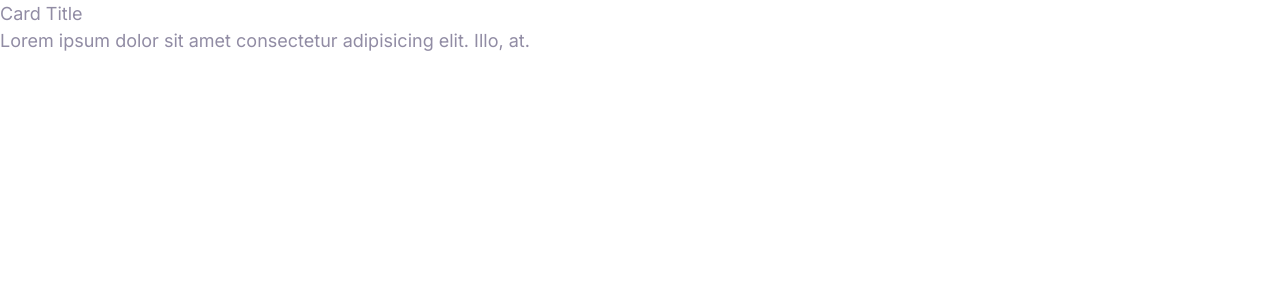
Repository: Qiwenweiii/CodeWithMosh
Page: index.html
The author's editor kept a copy of each file at every save. The page is drawn from the files as they stood at one save, then again after the next save.
The browser window is 1280 px wide. The pictures show the whole page.

Above is the page before, as saved 2021-11-11 21:51:08.

### index.html
<!DOCTYPE html>
<html>

<head>
    <title>CodeWithMosh</title>
    <meta charset="UTF-8" />

    <link rel="preconnect" href="https://fonts.googleapis.com" />
    <link rel="preconnect" href="https://fonts.gstatic.com" crossorigin />
    <link href="https://fonts.googleapis.com/css2?family=Inter:wght@400;600;700&display=swap" rel="stylesheet" />

    <link rel="stylesheet" href="./styles/normalize.css" />
    <link rel="stylesheet" href="./styles/styles.css" />
</head>

<body>
    <div class="card">
        <header class="card__header">Card Title</header>
        <div class="card__body">
            Lorem ipsum dolor sit amet consectetur adipisicing elit. Illo, at.
        </div>
    </div>
</body>

</html>

### styles/styles.css
:root {
    /* 定义配色变量 */
    /* 主体配色 */
    --color-primary: #2584ff;
    --color-secondary: #00d9ff;
    --color-accent: #ff3400;
    /* 文本配色 */
    --color-headings: #1b0760;
    --color-body: #918ca4;
    --color-border: #ccc;
    --border-radius: 30px;
}

*,
*::before,
*::after {
    box-sizing: border-box;
}


/* 字体配置 */


/* 设置默认字体大小 */

html {
    /* 默认字体大小是16px，62.5%是10px */
    font-size: 62.5%;
}


/* 设置字体，字体大小和文本颜色 */

body {
    font-family: Inter, Arial, Helvetica, sans-serif;
    color: var(--color-body);
    font-size: 2.4rem;
    line-height: 1.5;
}

h1,
h2,
h3 {
    color: var(--color-headings);
    margin-bottom: 1rem;
}

h1 {
    font-size: 7rem;
}

h2 {
    font-size: 4rem;
}

h3 {
    font-size: 3rem;
}

p {
    margin-top: 0;
}


/* PC端页面字体大小 */

@media screen and (min-width: 1024px) {
    body {
        font-size: 1.8rem;
    }
    h1 {
        font-size: 8rem;
    }
    h3 {
        font-size: 2.4rem;
    }
}


/* 链接配置,Links */

a {
    text-decoration: none;
}

.link-arrow {
    color: var(--color-accent);
    text-transform: uppercase;
    font-size: 2rem;
    font-weight: bold;
}

.link-arrow::after {
    content: "-->";
    margin-left: 5px;
    transition: margin 0.15s;
}

.link-arrow:hover::after {
    margin-left: 10px;
}

@media screen and (min-width: 1024px) {
    .link-arrow {
        font-size: 1.5rem;
    }
}


/* 标签的样式 */


/* 结构 */

.badge {
    border-radius: 20px;
    padding: 0.5rem 2rem;
    font-weight: 600;
    font-size: 2rem;
    white-space: nowrap;
}


/* 外观，常规标签 */

.badge--primary {
    background: var(--color-primary);
    color: #fff;
}

.badge--secondary {
    background: var(--color-secondary);
    color: #fff;
}


/* 小标签 */

.badge--small {
    font-size: 1.6rem;
}

@media screen and (min-width: 1024px) {
    .badge {
        font-size: 1.5rem;
    }
    .badge--small {
        font-size: 1.2rem;
    }
}


/* 列表 */

.list {
    list-style: none;
    padding-left: 0;
    color: var(--color-headings);
}

.list--inline .list__item {
    display: inline-block;
    margin-right: 2rem;
}

.list--tick {
    padding-left: 3rem;
    list-style-image: url(../images/tick.svg);
}

.list--tick .list__item {
    padding-left: 0.5rem;
    margin-bottom: 1rem;
}

@media screen and (min-width: 1024px) {
    .list--tick .list__item {
        padding-left: 0;
    }
}


/* Icon，图标 */

.icon-container {
    display: flex;
    justify-content: center;
    align-items: center;
    background: #f3f9fa;
    width: 64px;
    height: 64px;
    border-radius: 100%;
}

.icon {
    width: 40px;
    height: 40px;
}

.icon--primary {
    fill: var(--color-primary);
}


/* 按钮组件 */

.btn {
    font-size: 1.8rem;
    font-weight: 600;
    text-transform: uppercase;
    text-align: center;
    padding: 2rem 3rem;
    margin: 1rem 0;
    border: 0;
    border-radius: 40px;
    cursor: pointer;
    white-space: nowrap;
}

.btn--primary {
    background-color: var(--color-primary);
    color: #fff;
}

.btn--primary:hover {
    background-color: #3a8ffd;
}

.btn--secondary {
    background-color: var(--color-secondary);
    color: #fff;
}

.btn--secondary:hover {
    background-color: #00c8eb;
}

.btn--accent {
    background-color: var(--color-accent);
    color: #fff;
}

.btn--accent:hover {
    background-color: #ec3000;
}

.btn--outline {
    background-color: #fff;
    color: var(--color-headings);
    border: 2px solid var(--color-headings);
}

.btn--outline:hover {
    background-color: var(--color-headings);
    color: #fff;
}

.btn--block {
    width: 100%;
    display: inline-block;
}

@media screen and (min-width: 1024px) {
    .btn {
        font-size: 1.5rem;
    }
}


/* 输入框组件 */

.input {
    padding: 1.5rem 3.5rem;
    border: 1px solid var(--color-border);
    border-radius: var(--border-radius);
    outline: none;
    color: var(--color-headings);
    font-size: 2rem;
}

::placeholder {
    color: #cdcdb7;
}

.input-group {
    display: flex;
    border: 1px solid var(--color-border);
    border-radius: var(--border-radius);
}

.input-group .input {
    border: 0;
    flex-grow: 1;
    /* 按钮在左侧时，或者左侧有其他内容时新增这一句 */
    /* padding: 1.5rem 1rem; */
}

.input-group .btn {
    margin: 4px;
}

@media screen and (min-width: 1024px) {
    .input {
        font-size: 1.5rem;
    }
}


/* 卡片模块 */

Loaded but not shown: styles/normalize.css (library)

After the next save:
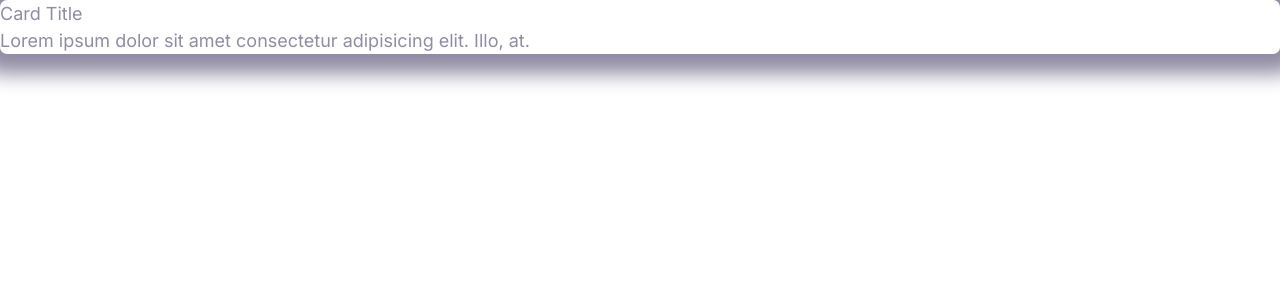
Saved 62 s later.
--- a/styles/styles.css
+++ b/styles/styles.css
@@ -307,3 +307,8 @@ a {
 
 
 /* 卡片模块 */
+
+.card {
+    border-radius: 7px;
+    box-shadow: 0 0 20px 20px;
+}

After the save that followed:
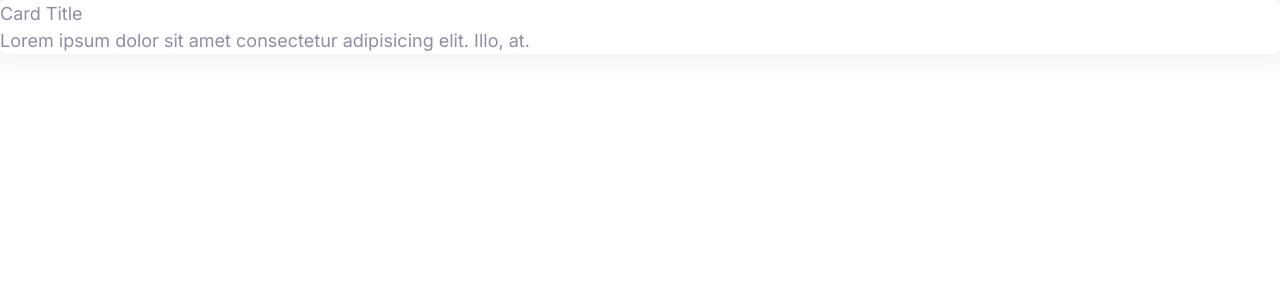
Saved 20 s later.
--- a/styles/styles.css
+++ b/styles/styles.css
@@ -310,5 +310,5 @@ a {
 
 .card {
     border-radius: 7px;
-    box-shadow: 0 0 20px 20px;
-}
+    box-shadow: 0 0 20px 10px #f3f3f3;
+}
